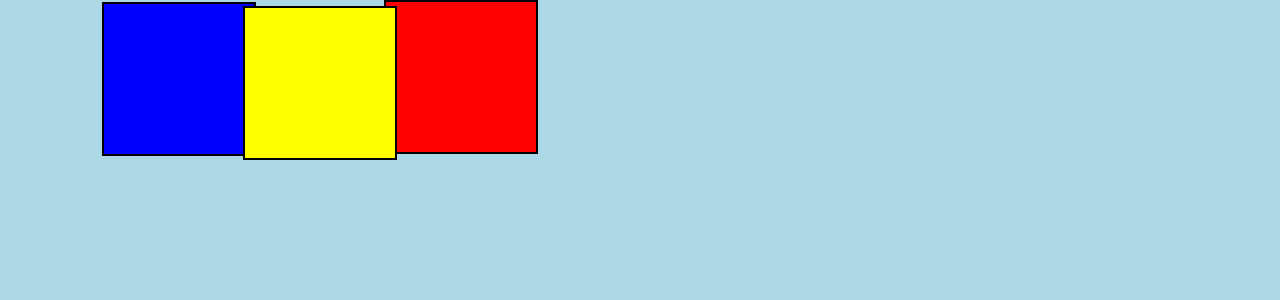
Repository: Sushant203/myPersonalSite
Page: index.html
An editor plug-in stored every save of this project. The page is shown before and after the next save, followed by the edit.
The browser window is 1280 px wide. The pictures show the whole page.

Above is the page before, as saved 2022-12-04 19:15:19.

After the next save:
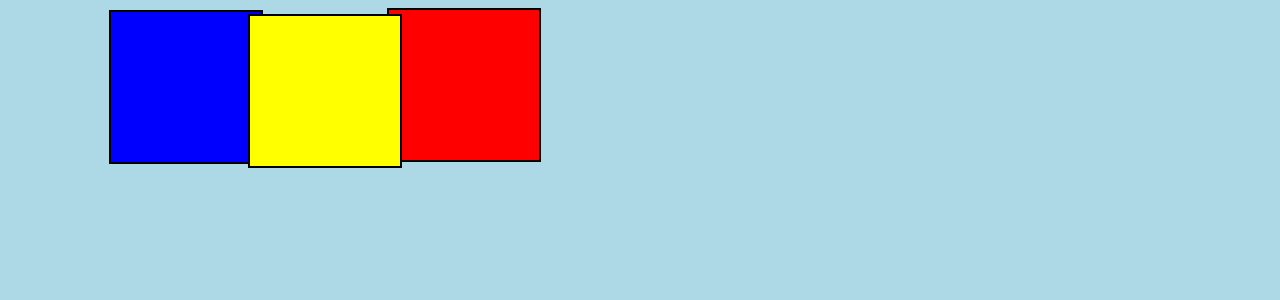
Saved 17 s later.
--- a/css/style.css
+++ b/css/style.css
@@ -1,6 +1,6 @@
 body{
     background-color: lightblue;
-    margin: 0;
+    /* margin: 0; */
 }
 
 .box-1{
